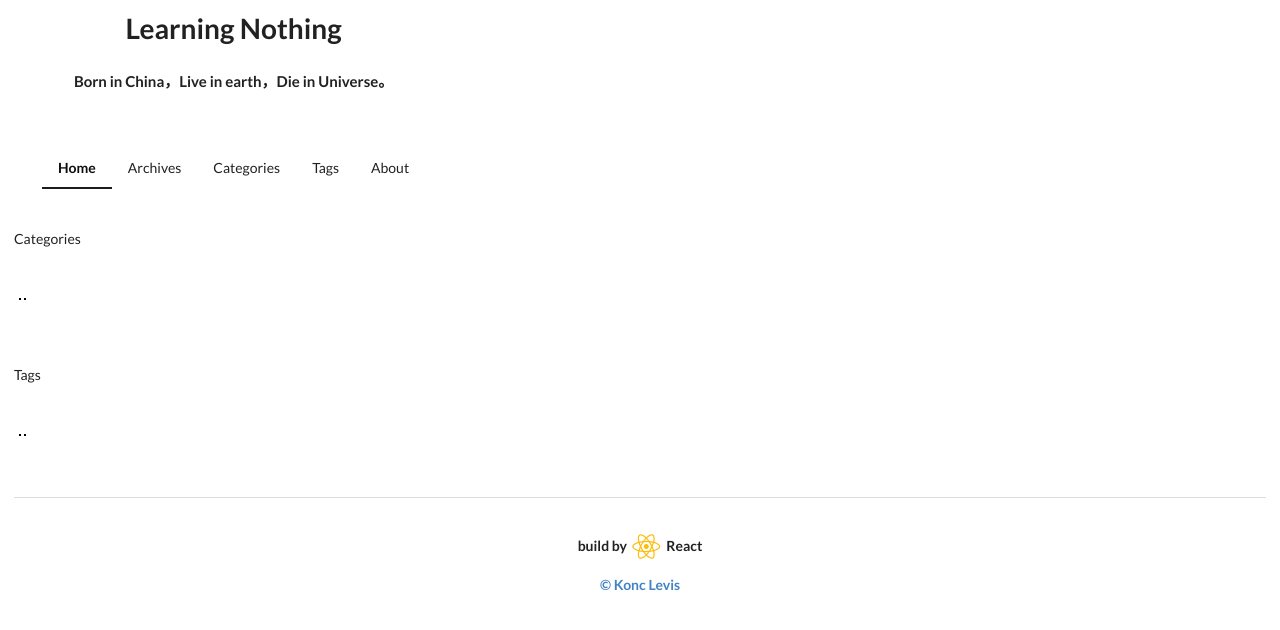
Repository: chu4j/my-spring-cloud-blog-frontend
Page: /
These files come from the project's save history. The page is drawn as it stood at one moment and after the next save; the edit follows.
The browser window is 1280 px wide. The pictures show the whole page.
The page's requests for data from a server got no answer. The project was rebuilt for these pictures with package versions that can differ from the ones it lists, and the page was loaded fresh each time. No one was signed in, and anything a server would have sent is missing. Also part of the build but not shown: src/components/Categories.jsx, src/components/FocusContent.jsx, src/css/App.css, src/components/owner/LoginForm.jsx, src/components/Tags.jsx, src/components/Timeline.jsx, src/components/TimelineHome.jsx.

Above is the page before, as saved 2021-02-24 11:35:35.

### src/index.js
import React from 'react';
import ReactDOM from 'react-dom';
import { BrowserRouter } from 'react-router-dom';
import 'semantic-ui-css/semantic.min.css';
import './css/index.css';
import BlogRouter from './router/Router';
import  'github-markdown-css';
ReactDOM.render(<
    BrowserRouter forceRefresh={true} >
    <BlogRouter />
</BrowserRouter>,
    document.getElementById('root')
);

### src/css/index.css
body {
  margin: 1em;
  -webkit-font-smoothing: antialiased;
  -moz-osx-font-smoothing: grayscale;
}

code {
  font-family: source-code-pro, Menlo, Monaco, Consolas, "Courier New",
    monospace;
}

.post-container {
  padding: 2px;
  border-radius: 0.5em;
}

.post-title {
  color: #010101;
}

.post-title:hover {
  color: #010101;
  text-decoration: underline;
}

/*animate*/

.posts-appear {
  opacity: 0;
}

.posts-enter {
  opacity: 1;
  transform: scale(0.95);
}

.posts-enter-active {
  opacity: 1;
  transform: translateX(0);
  transition: opacity 300ms, transform 200ms;
}

.posts-exit {
  opacity: 1;
  transform: scale(0.9);
}

.posts-exit-active {
  opacity: 0;
  transform: translateX(0);
  transition: opacity 300ms, transform 200ms;
}

.post-container pre code {

}
.common-label {
  display: inline-block;
  margin: 5px;
  padding: 2px;
  color: #010101;
  border-bottom: 2px dotted #010101;
  border-radius: 0;
}

### src/router/Router.jsx
import { Route, Switch } from "react-router-dom";
import Categories from "../components/Categories";
import FocusPostComponent from "../components/FocusContent";
import Home from "../components/Home";
import LoginForm from "../components/owner/LoginForm";
import Tags from "../components/Tags";
import MyTimeline from "../components/Timeline";
import TimelineHome from "../components/TimelineHome";
export default function BlogRouter() {
  return (
    <Switch>
      <Route path="/" exact>
        <Home />
      </Route>
      <Route path="/owner/login" exact>
        <LoginForm />
      </Route>
      <Route path="/category/:name" exact>
        <Home />
      </Route>
      <Route path="/tag/:name" exact>
        <Home />
      </Route>
      <Route path="/posts/page/:pageNumber">
        <Home />
      </Route>
      <Route path="/category/:name/page/:pageNumber">
        <Home />
      </Route>
      <Route path="/tag/:name/page/:pageNumber">
        <Home />
      </Route>
      <Route path="/post/:postId" exact>
        <FocusPostComponent />
      </Route>
      <Route path="/categories" exact>
        <Categories />
      </Route>
      <Route path="/tags" exact>
        <Tags />
      </Route>
      <Route path="/posts/timeline" exact>
        <TimelineHome />
      </Route>
      <Route path="/posts/timeline/page/:pageNumber" exact>
        <TimelineHome />
      </Route>
    </Switch>
  );
}

### src/components/Home.jsx
import { React, useEffect, useState } from "react";
import { useParams, useRouteMatch } from "react-router-dom";
import "../css/App.css";
import { ServerHost } from "./AppConfig";
import BlogLayout from "./BlogLayout";
import CategoryComponent from "./CategoryComponent";
import ContentComponent from "./Content";
import TagComponent from "./TagComponent";
async function getArchive(path) {
  const axios = require("axios").default;
  if (null == path) {
    return axios.get(ServerHost + "/v1/api/archive").then((res) => res.data);
  } else {
    return axios.get(path).then((res) => res.data);
  }
}
function countPath(router, name, pageNumber) {
  let requestUrl = "";
  let pagePrefix = "";
  const path = router.path;
  switch (path) {
    case "/":
      requestUrl = ServerHost + "/v1/api/archive";
      pagePrefix = "/posts/page/";
      break;
    case "/category/:name":
      requestUrl = ServerHost + "/v1/api/category/" + name;
      pagePrefix = "/category/" + name + "/page/";
      break;
    case "/category/:name/page/:pageNumber":
      requestUrl =
        ServerHost + "/v1/api/category/" + name + "?page=" + pageNumber;
      pagePrefix = "/category/" + name + "/page/";
      break;
    case "/tag/:name":
      requestUrl = ServerHost + "/v1/api/tag/" + name;
      pagePrefix = "/tag/" + name + "/page/";
      break;
    case "/tag/:name/page/:pageNumber":
      requestUrl = ServerHost + "/v1/api/tag/" + name + "?page=" + pageNumber;
      pagePrefix = "/tag/" + name + "/page/";
      break;
    case "/posts/page/:pageNumber":
      requestUrl = ServerHost + "/v1/api/archive?page=" + pageNumber;
      pagePrefix = "/posts/page/";
      break;
    default:
      break;
  }
  return { requestUrl, pagePrefix };
}
export default function Home() {
  let { name, pageNumber } = useParams();
  const router = useRouteMatch();
  console.log("router:" + JSON.stringify(router) + " type:" + typeof router);
  const params = countPath(router, name, pageNumber);
  console.log("returnPath:" + params.requestUrl);
  let activePage = 1;
  if (null != pageNumber && undefined != pageNumber) activePage = pageNumber;
  const [response, setData] = useState({});
  useEffect(() => {
    getArchive(params.requestUrl).then((res) => {
      setData(res);
    });
  }, []);
  return (
    <BlogLayout
      CategoryComponent={<CategoryComponent />}
      TagComponent={<TagComponent />}
      ContentComponent={
        <ContentComponent
          response={response}
          activePage={activePage}
          pagePrefix={params.pagePrefix}
        />
      }
      style={{ margin: 0, padding: 0 }}
    />
  );
}

### src/components/BlogLayout.jsx
import { Grid } from "semantic-ui-react";
import "../css/index.css";
import Header from "./BlogHeader";
import DivRow from "./Common";
import Footer from "./Footer";
export default function BlogLayout(props) {
  return (
    <div className="customBackground">
      <Grid stackable>
        <Grid.Row columns={1}>
          <Header />
        </Grid.Row>
        <Grid.Row>
          {props.CategoryComponent && props.TagComponent && (
            <Grid.Column width={3}>
              {props.CategoryComponent}
              <DivRow />
              <DivRow />
              <DivRow />
              {props.TagComponent}
            </Grid.Column>
          )}
          {props.CategoryComponent &&
          props.TagComponent &&
          props.ContentComponent ? (
            <Grid.Column width={12}>{props.ContentComponent}</Grid.Column>
          ) : (
            <Grid.Column width={16}>{props.ContentComponent}</Grid.Column>
          )}
        </Grid.Row>
        <Grid.Row columns={1}>
          <Grid.Column>
            <Footer />
          </Grid.Column>
        </Grid.Row>
      </Grid>
    </div>
  );
}

### src/components/CategoryComponent.jsx
import React, { Component } from "react";
import { ServerHost } from "./AppConfig";
import DivRow from "./Common";
class CategoryComponent extends Component {
  state = {
    data: [{}],
  };
  componentDidMount() {
    const axois = require("axios").default;
    axois
      .get(ServerHost + "/v1/api/category/statistics/count")
      .then((res) => {
        const data = res.data;
        this.setState({ data: data });
      })
      .catch((error) => {
        console.log(error);
      });
    console.log("category card render");
  }
  render() {
    return (
      <>
        <span>Categories</span>
        <DivRow />
        <div>
          {this.state.data.map((e, index) => (
            <a key={index} href={"/category/" + e.value} className="common-label">
              {e.value}
              &nbsp;
              {e.count}
            </a>
          ))}
        </div>
      </>
    );
  }
}
export default CategoryComponent;

### src/components/AppConfig.jsx
export const ServerHost = "http://localhost:9000";

### src/components/Content.jsx
import { React, useEffect, useState } from "react";
import { useHistory, withRouter } from "react-router-dom";
import { CSSTransition } from "react-transition-group";
import { Container, Grid, Header, Icon, Pagination } from "semantic-ui-react";
import DivRow from "./Common";

function ContentComponent(props) {
  const hljs = require("highlight.js");
  const [showComponent, setShowComponent] = useState(false);
  console.log("state : " + showComponent);
  useEffect(() => {
    let time = setTimeout(() => setShowComponent(true), 100);
    hljs.highlightAll();
    return () => {
      clearTimeout(time);
    };
  }, []);
  const history = useHistory();
  const handlePaginationClick = (e, { activePage }) => {
    const url = props.pagePrefix + activePage;
    history.push(url);
  };
  return (
    <>
      <CSSTransition
        in={showComponent}
        classNames="posts"
        timeout={200}
        unmountOnExit
      >
        <Container fluid>
          {props.response.list &&
            props.response.list.map((a, index) => (
              <div
                className="post-container"
                style={index > 0 ? { marginTop: "20px" } : {}}
              >
                <Header as="h1" textAlign="center">
                  <a href={"/post/" + a.serialNumber} className="post-title">
                    {a.title}
                  </a>
                </Header>
                {
                  <div
                    className="markdown-body"
                    dangerouslySetInnerHTML={{ __html: a.content }}
                  ></div>
                }

                <DivRow />
                {a.category && a.tag && (
                  <>
                    <Container fluid>
                      <Grid>
                        <Grid.Row>
                          <Grid.Column width={5}>
                            {a.category.map((c, index) => (
                              <>
                                {" "}
                                <div key={index}>
                                  <span>
                                    <Icon name="linkify" color="blue" />
                                    <a
                                      href={"/category/" + c.category}
                                      style={{ fontWeight: "900" }}
                                    >
                                      {c.category}
                                    </a>
                                  </span>
                                </div>
                              </>
                            ))}
                          </Grid.Column>

                          <Grid.Column width={11}>
                            {a.tag.map((t, index) => (
                              <>
                                {" "}
                                <span key={index}>
                                  <Icon name="hashtag" color="yellow" />
                                  <a
                                    href={"/tag/" + t.tag}
                                    style={{ fontWeight: "900" }}
                                  >
                                    {t.tag}
                                  </a>
                                </span>
                              </>
                            ))}
                          </Grid.Column>
                        </Grid.Row>
                      </Grid>
                    </Container>
                  </>
                )}
                <DivRow />
                <DivRow />
              </div>
            ))}
          {props.response.totalPage > 1 && props.activePage && (
            <Container fluid textAlign="center" style={{ marginTop: "2em" }}>
              <Pagination
                totalPages={props.response.totalPage}
                firstItem={null}
                lastItem={null}
                pointing
                secondary
                activePage={props.activePage}
                onPageChange={handlePaginationClick}
              />
            </Container>
          )}
          {props.focus && props.response.list && (
            <div style={{ marginTop: "1em" }}>
              <Grid stackable>
                <Grid.Row>
                  <Grid.Column width={8}>
                    {props.response.list.map((e, index) => (
                      <>
                        {e.previous && (
                          <a
                            key={index}
                            href={"/post/" + e.previous.serialNumber}
                            style={{ fontWeight: "900" }}
                          >
                            <Icon name="angle left" size="big"></Icon>
                            &nbsp;&nbsp;{e.previous.title}
                          </a>
                        )}
                      </>
                    ))}
                  </Grid.Column>
                  <Grid.Column width={8} textAlign="right">
                    {props.response.list.map((e, index) => (
                      <>
                        {e.next && (
                          <a
                            key={index}
                            href={"/post/" + e.next.serialNumber}
                            style={{ fontWeight: "900" }}
                          >
                            {e.next.title}&nbsp;&nbsp;
                            <Icon name="angle right" size="big"></Icon>
                          </a>
                        )}
                      </>
                    ))}
                  </Grid.Column>
                </Grid.Row>
              </Grid>
            </div>
          )}
        </Container>
      </CSSTransition>
    </>
  );
}
export default withRouter(ContentComponent);

### src/components/TagComponent.jsx
import React, { Component } from "react";
import { ServerHost } from "./AppConfig";
import DivRow from "./Common";
class TagComponent extends Component {
  state = {
    data: [{}],
  };
  componentDidMount() {
    const axois = require("axios").default;
    axois
      .get(ServerHost + "/v1/api/tag/statistics/count")
      .then((res) => {
        const data = res.data;
        this.setState({ data: data });
      })
      .catch((error) => {
        console.error(error);
      });
  }
  render() {
    return (
      <>
        <span>Tags</span>
        <DivRow />
        <div>
          {this.state.data.map((e, index) => (
            <a key={index} href={"/tag/" + e.value} className="common-label">
              {e.value}
              &nbsp;
              {e.count}
            </a>
          ))}
        </div>
      </>
    );
  }
}
export default TagComponent;

### src/components/Common.jsx
export default function DivRow() {
  return <div>&nbsp;</div>;
}

### src/components/BlogHeader.jsx
import React, { Component } from "react";
import { Header, Menu, Visibility } from "semantic-ui-react";
const style = {
  h1: {

  },
  h3: {

  },
};
const menuStyle = {
  border: "none",
  borderRadius: 0,
  boxShadow: "none",
  marginBottom: "1em",
  marginTop: "4em",
  transition: "box-shadow 0.5s ease, padding 0.5s ease",
};

const fixedMenuStyle = {
  backgroundColor: "#fff",
  border: "1px solid #ddd",
  boxShadow: "0px 3px 5px rgba(0, 0, 0, 0.2)",
};

const overlayStyle = {
  float: "left",
  margin: "0em 3em 1em 0em",
};

const fixedOverlayStyle = {
  ...overlayStyle,
  position: "fixed",
  top: "80px",
  zIndex: 10,
};

const overlayMenuStyle = {
  position: "relative",
  left: 0,
  transition: "left 0.5s ease",
};

const fixedOverlayMenuStyle = {
  ...overlayMenuStyle,
  left: "800px",
};

class BlogHeader extends Component {
  state = {
    activeItem: "home",
    menuFixed: false,
    overlayFixed: false,
  };
  stickOverlay = () => this.setState({ overlayFixed: true });

  stickTopMenu = () => this.setState({ menuFixed: true });

  unStickOverlay = () => this.setState({ overlayFixed: false });

  unStickTopMenu = () => this.setState({ menuFixed: false });

  handleItemClick = (e, { name }) => this.setState({ activeItem: name });
  render() {
    const { activeItem, menuFixed, overlayFixed, overlayRect } = this.state;
    return (
      <div style={{ paddingLeft: "3em" }}>
        <Header
          as="h1"
          content="Learning Nothing"
          style={style.h1}
          textAlign="center"
        />
        <Header
          as="h4"
          content="Born in China，Live in earth，Die in Universe。"
          style={style.h3}
          textAlign="center"
        />
        <Visibility
          onBottomPassed={this.stickTopMenu}
          onBottomVisible={this.unStickTopMenu}
          once={false}
        />
        <Menu
          borderless
          fixed={menuFixed ? "top" : undefined}
          style={menuFixed ? fixedMenuStyle : menuStyle}
          pointing
          secondary
          className="blog-header"
        >
          <Menu.Item
            as="a"
            name="home"
            active={activeItem === "home"}
            onClick={this.handleItemClick}
            position="right"
            link
            href="/"
          ></Menu.Item>
          <Menu.Item
            as="a"
            name="archives"
            active={activeItem === "archives"}
            onClick={this.handleItemClick}
            link
            href="/posts/timeline"
          />
          <Menu.Item
            as="a"
            name="categories"
            active={activeItem === "categories"}
            onClick={this.handleItemClick}
            link
            href="/categories"
          />
          <Menu.Item
            name="tags"
            active={activeItem === "tags"}
            onClick={this.handleItemClick}
            as="a"
            href="/tags"
          />
          <Menu.Item
            name="about"
            active={activeItem === "about"}
            onClick={this.handleItemClick}
          />
        </Menu>
        <Visibility
          offset={80}
          once={false}
          onTopPassed={this.stickOverlay}
          onTopVisible={this.unStickOverlay}
          style={overlayFixed ? { ...overlayStyle, ...overlayRect } : {}}
        />
      </div>
    );
  }
}

export default BlogHeader;

### src/components/Footer.jsx
import { Component, React } from "react";
import { Divider, Icon } from "semantic-ui-react";
import DivRow from "./Common";

class Footer extends Component {
  render() {
    return (
      <div style={{ marginTop: "2em", textAlign: "center" }}>
        <Divider />
        <DivRow />
        <p style={{ fontWeight: "900" }}>
          build by <Icon name="react" color="yellow" size="big" />
          <b>React</b>
        </p>

        <a href="https://www.github.com/konchoo">
          <b>&copy;&nbsp;Konc Levis</b>
        </a>
      </div>
    );
  }
}
export default Footer;

Loaded but not shown: public/index.html (common file)

After the next save:
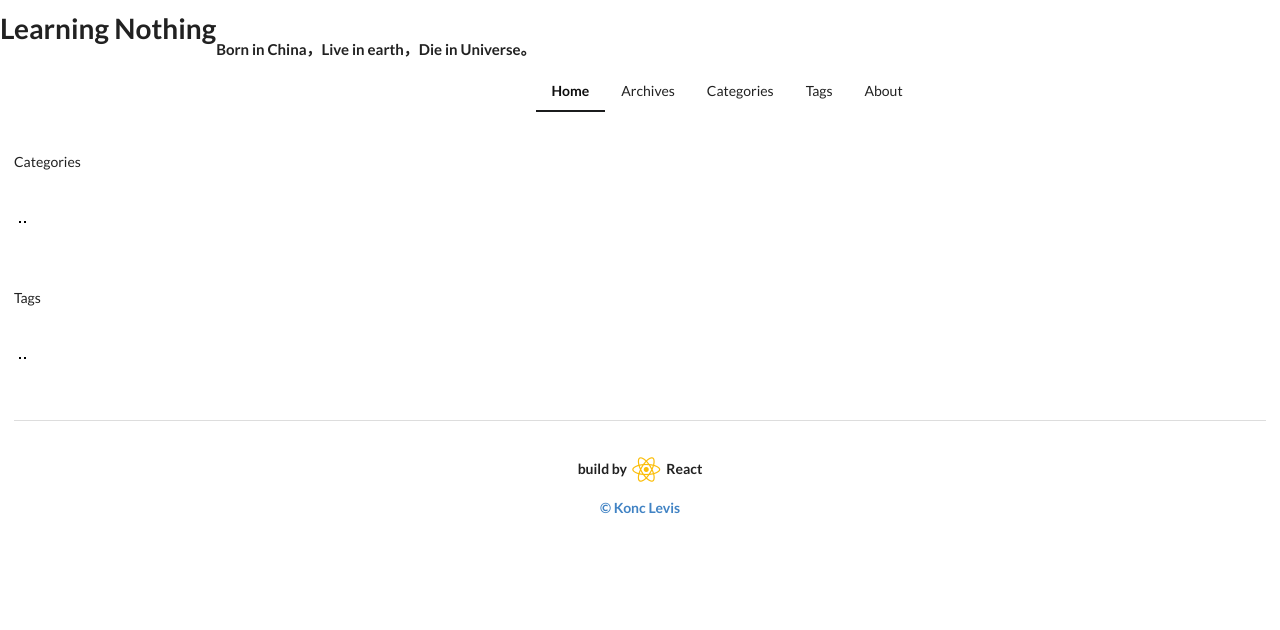
Saved 44 s later.
--- a/src/components/BlogHeader.jsx
+++ b/src/components/BlogHeader.jsx
@@ -1,12 +1,8 @@
 import React, { Component } from "react";
 import { Header, Menu, Visibility } from "semantic-ui-react";
 const style = {
-  h1: {
-
-  },
-  h3: {
-
-  },
+  h1: {},
+  h3: {},
 };
 const menuStyle = {
   border: "none",
@@ -64,7 +60,7 @@ class BlogHeader extends Component {
   render() {
     const { activeItem, menuFixed, overlayFixed, overlayRect } = this.state;
     return (
-      <div style={{ paddingLeft: "3em" }}>
+      <>
         <Header
           as="h1"
           content="Learning Nothing"
@@ -135,7 +131,7 @@ class BlogHeader extends Component {
           onTopVisible={this.unStickOverlay}
           style={overlayFixed ? { ...overlayStyle, ...overlayRect } : {}}
         />
-      </div>
+      </>
     );
   }
 }
